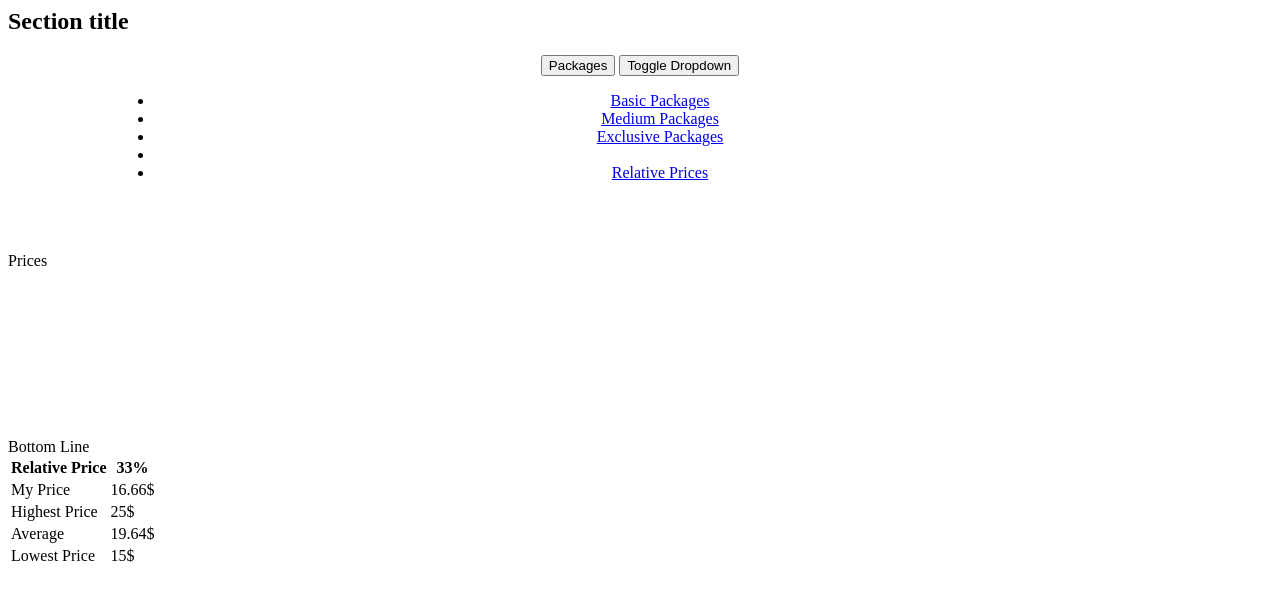
Repository: netaosman/Price-try-course
Page: prixceFrontEnd/src/main/webapp/Prixce_FrontEnd/HTML/Market/pricesPack/HighPackages.html
An editor plug-in stored every save of this project. The page is shown before and after the next save, followed by the edit.
The browser window is 1280 px wide. The pictures show the whole page.

Above is the page before, as saved 2017-09-23 02:12:31.

### prixceFrontEnd/src/main/webapp/Prixce_FrontEnd/HTML/Market/pricesPack/HighPackages.html
<h2 class="sub-header">Section title</h2>

<div class="container-fluid">
	<!-- <h1 class="page-header">Dashboard</h1>-->
	<div class="dropdown" align="center">
		<!-- Split button -->
		<div class="btn-group">
			<button type="button" id="first-btn" class="btn btn-default">Packages</button>
			<button type="button" class="btn btn-default dropdown-toggle"
				data-toggle="dropdown" aria-haspopup="true" aria-expanded="false">
				<span class="caret"></span> <span class="sr-only">Toggle
					Dropdown</span>
			</button>
			<ul class="dropdown-menu" id="first-menu" style="width: 80%">
				<li><a href="#/BasicPackages">Basic Packages</a></li>
				<li><a href="#/MedPackages">Medium Packages</a></li>
				<li><a href="#/HighPackages">Exclusive Packages</a></li>
				<li role="separator" class="divider"></li>
				<li><a href="#/RelativePrices">Relative Prices</a></li>
			</ul>
		</div>
	</div>
	<br> <br> <br>
	<div class="row placeholders">
		<div class="col-xs-12 col-md-8 row placeholders" ng-controller="PricesHighCtrl">
			<div class="panel panel-default-1">
				<div class="panel-heading">Prices</div>
				<div class="panel-body">
					<!-- <div class="panel-title">Prices</div> -->
					<br>
					<canvas id="base" class="chart-horizontal-bar" chart-data="data"
						chart-labels="labels" chart-colors="colors">
                                </canvas>
				</div>
			</div>
		</div>
		<div class="col-xs-12 col-md-4 row placeholders">
			<div class="panel panel-default-1">
				<div class="panel-heading">Bottom Line</div>
				<div class="panel-body">
					<table class="table">
						<thead>
							<tr>
								<th class="relative">Relative Price</th>
								<th class="relative-price">33%</th>
							</tr>
						</thead>
						<tbody>
							<tr>
								<td class="title-prices"><span
									class="glyphicon glyphicon-hand-right" aria-hidden="true"></span>
									My Price</td>
								<td class="prices">16.66$</td>
							</tr>
							<tr>
								<td class="title-prices"><span
									class="glyphicon glyphicon-hand-up" aria-hidden="true"></span>
									Highest Price</td>
								<td class="prices">25$</td>
							</tr>
							<tr>
								<td class="title-prices"><span
									class="glyphicon glyphicon-hand-left" aria-hidden="true"></span>
									Average</td>
								<td class="prices">19.64$</td>
							</tr>
							<tr>
								<td class="title-prices"><span
									class="glyphicon glyphicon-thumbs-down" aria-hidden="true"></span>
									Lowest Price</td>
								<td class="prices">15$</td>
							</tr>
						</tbody>

					</table>
				</div>
			</div>
		</div>
	</div>
</div>

After the next save:
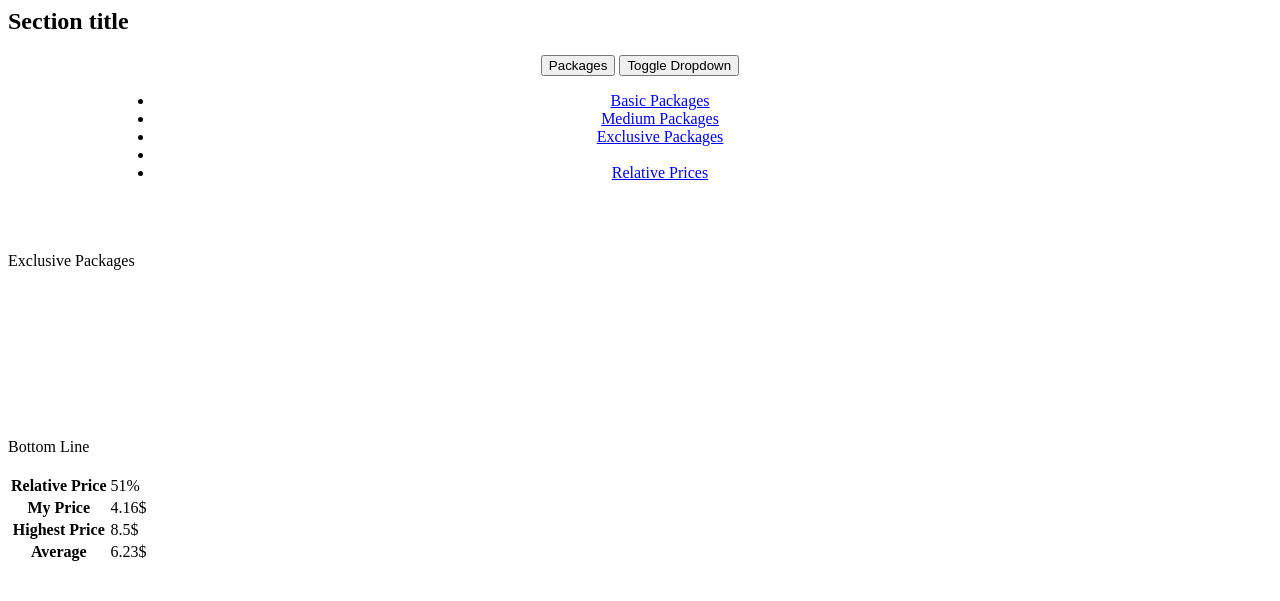
Saved 6 min 8 s later.
--- a/prixceFrontEnd/src/main/webapp/Prixce_FrontEnd/HTML/Market/pricesPack/HighPackages.html
+++ b/prixceFrontEnd/src/main/webapp/Prixce_FrontEnd/HTML/Market/pricesPack/HighPackages.html
@@ -20,58 +20,45 @@
 			</ul>
 		</div>
 	</div>
-	<br> <br> <br>
+	<br> <br>
+	<br>
 	<div class="row placeholders">
-		<div class="col-xs-12 col-md-8 row placeholders" ng-controller="PricesHighCtrl">
-			<div class="panel panel-default-1">
-				<div class="panel-heading">Prices</div>
+		<div class="col-lg-8 col-md-8 col-sm-12 placeholder"
+			ng-controller="PricesHighCtrl">
+			<div class="panel panel-default">
 				<div class="panel-body">
-					<!-- <div class="panel-title">Prices</div> -->
+					<div class="panel-title" align="left">Exclusive Packages</div>
 					<br>
 					<canvas id="base" class="chart-horizontal-bar" chart-data="data"
 						chart-labels="labels" chart-colors="colors">
-                                </canvas>
+                        </canvas>
 				</div>
 			</div>
 		</div>
-		<div class="col-xs-12 col-md-4 row placeholders">
-			<div class="panel panel-default-1">
-				<div class="panel-heading">Bottom Line</div>
+		<div class="col-lg-4 col-md-4 col-sm-12 placeholder">
+			<div id="medTable" class="panel panel-default">
 				<div class="panel-body">
-					<table class="table">
-						<thead>
-							<tr>
-								<th class="relative">Relative Price</th>
-								<th class="relative-price">33%</th>
-							</tr>
-						</thead>
+					<div class="panel-title" align="left">Bottom Line</div>
+					<br>
+					<table class="table price-table">
 						<tbody>
 							<tr>
-								<td class="title-prices"><span
-									class="glyphicon glyphicon-hand-right" aria-hidden="true"></span>
-									My Price</td>
-								<td class="prices">16.66$</td>
+								<th class="reg" scope="row">Relative Price</th>
+								<td class="big">51%</td>
 							</tr>
 							<tr>
-								<td class="title-prices"><span
-									class="glyphicon glyphicon-hand-up" aria-hidden="true"></span>
-									Highest Price</td>
-								<td class="prices">25$</td>
+								<th class="reg" scope="row">My Price</th>
+								<td class="normal">4.16$</td>
 							</tr>
 							<tr>
-								<td class="title-prices"><span
-									class="glyphicon glyphicon-hand-left" aria-hidden="true"></span>
-									Average</td>
-								<td class="prices">19.64$</td>
+								<th class="reg" scope="row">Highest Price</th>
+								<td class="normal">8.5$</td>
 							</tr>
 							<tr>
-								<td class="title-prices"><span
-									class="glyphicon glyphicon-thumbs-down" aria-hidden="true"></span>
-									Lowest Price</td>
-								<td class="prices">15$</td>
+								<th class="reg" scope="row">Average</th>
+								<td class="normal">6.23$</td>
 							</tr>
 						</tbody>
-
 					</table>
 				</div>
 			</div>
